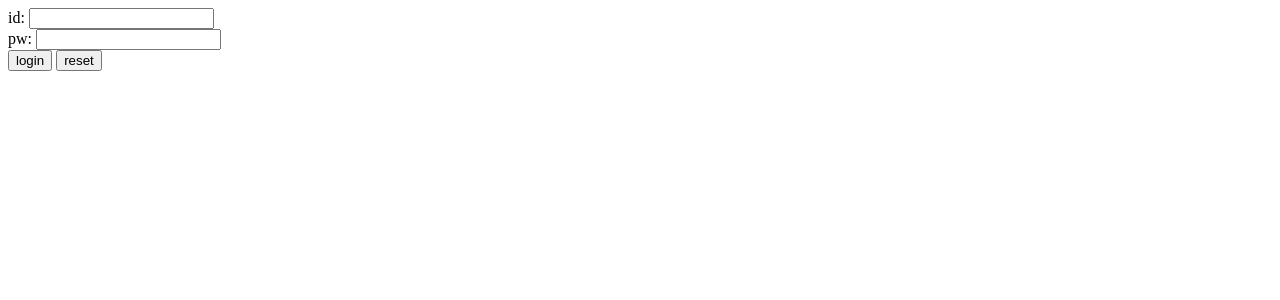
Repository: javaLearner13/servlet
Page: pro09/WebContent/login2.html
The author's editor kept a copy of each file at every save. The page is drawn from the files as they stood at one save, then again after the next save.
The browser window is 1280 px wide. The pictures show the whole page.

Above is the page before, as saved 2023-02-21 01:41:24.

### pro09/WebContent/login2.html
<!DOCTYPE html>
<html>
<head>
<meta charset="UTF-8">
<title>Insert title here</title>
</head>
<body>
<form action="login4" method="post" name="frmLogin" encType = "utf-8">
	id: <input type = "text" name = "user_id"><br>
	pw: <input type = "password" name = "user_pw"><br>
	<input type = "submit" value = "login">
	<input type = "reset" value = "reset">
</form>
</body>
</html>

After the next save:
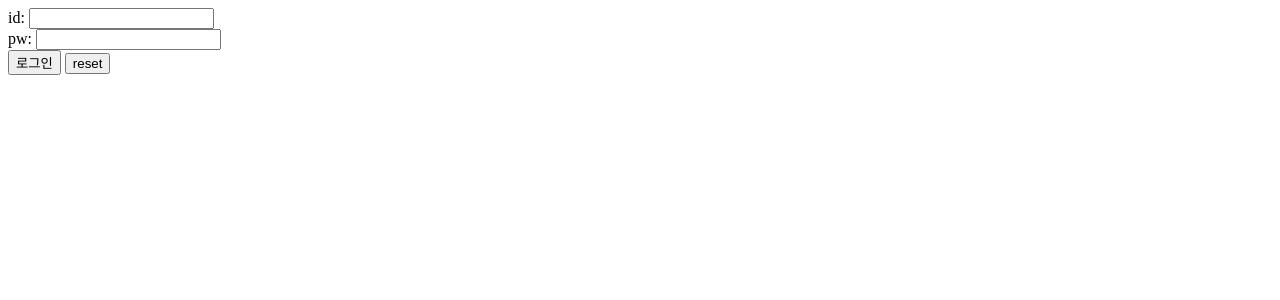
Saved 3 min 20 s later.
--- a/pro09/WebContent/login2.html
+++ b/pro09/WebContent/login2.html
@@ -8,7 +8,7 @@
 <form action="login4" method="post" name="frmLogin" encType = "utf-8">
 	id: <input type = "text" name = "user_id"><br>
 	pw: <input type = "password" name = "user_pw"><br>
-	<input type = "submit" value = "login">
+	<input type = "submit" value = "로그인">
 	<input type = "reset" value = "reset">
 </form>
 </body>
